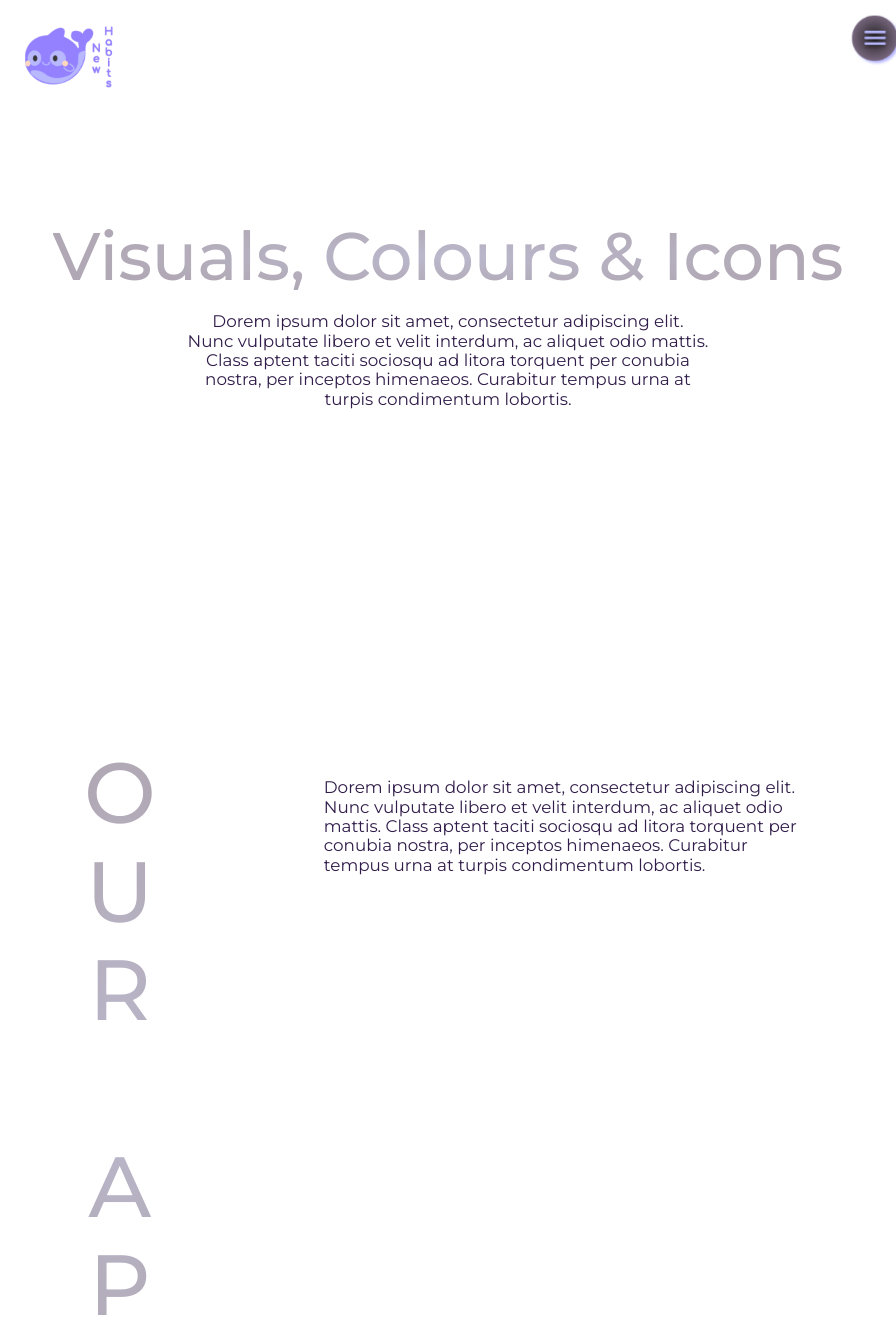
Repository: sierralaurent/Styleguide-Big_Project
Page: visuals.html
These files come from the project's save history. The page is drawn as it stood at one moment and after the next save; the edit follows.
The browser window is 1280 px wide. The pictures show the part of the page from y = 0 to 1920 px (the page is 3608 px tall), at 70% of full size.
Some web fonts or font styles are not loaded; a fallback is used.

Above is the page before, as saved 2023-03-10 12:59:41.

### visuals.html
<!DOCTYPE html>
<html lang="en">
  <head>
    <title>New Habits Web-App | Visuals </title>
    <meta property="og:title" content="Welcome to the New Habits Web-App Home Page" />
    <meta name="viewport" content="width=device-width, initial-scale=1.0" />
    <meta charset="utf-8" />
    <link rel="icon" type="image/x-icon" href="/assets/favicon.ico">

    <link
      rel="stylesheet"
      href="https://fonts.googleapis.com/css2?family=Montserrat:ital,wght@0,100;0,200;0,300;0,400;0,500;0,600;0,700;0,800;0,900;1,100;1,200;1,300;1,400;1,500;1,600;1,700;1,800;1,900&amp;display=swap"
      data-tag="font"
    />
    <link rel="stylesheet" href="./style.css" />
    <link href="./visuals.css" rel="stylesheet" />
    <link href="./navstyle.css" rel="stylesheet" />

  </head>
  <header>
    <div class="logo">
      <a href="index.html">
        <img src="assets/logo.png" alt="logo" />
      </a>
    </div>
    <div class="navigation">
      <button class="hamburger" onclick="show()">
        <img src="assets/burger.png" />
      </button>
      <nav>
        <h1 class="menutitle">Menu</h1>
        <ul>
          <li><a href="index.html">Home</a></li>
          <li><a>Logo</a></li>
          <li><a>Colours & Typo</a></li>
          <li><a href="visuals.html">Visuals</a></li>
        </ul>
      </nav>
    </div>
    <script src="nav.js"></script>
  </header>
  <body>
    <div>
      <div class="home-container">
        <div class="home-container1">
          <div class="home-container2">
            <h1 class="home-text01 Title">Visuals, Colours & Icons</h1>
            <p class="home-text02 body">
              Dorem ipsum dolor sit amet, consectetur adipiscing elit. Nunc
              vulputate libero et velit interdum, ac aliquet odio mattis. Class
              aptent taciti sociosqu ad litora torquent per conubia nostra, per
              inceptos himenaeos. Curabitur tempus urna at turpis condimentum
              lobortis.
            </p>
          </div>
        </div>
        <div class="home-container3">
          <p class="home-text03 sidetitle">
            <span>O</span>
            <br />
            <span>U</span>
            <br />
            <span>R</span>
            <br />
            <br />
            <span>A</span>
            <br />
            <span>P</span>
            <br />
            <span>P</span>
            <br />
          </p>
          <p class="home-text17 body">
            Dorem ipsum dolor sit amet, consectetur adipiscing elit. Nunc
            vulputate libero et velit interdum, ac aliquet odio mattis. Class
            aptent taciti sociosqu ad litora torquent per conubia nostra, per
            inceptos himenaeos. Curabitur tempus urna at turpis condimentum
            lobortis.
          </p>
        </div>
        <div class="home-container4">
          <div class="home-container5">
            <h2 class="home-text18 Title">Team Members</h2>
          </div>
        </div>
        <div class="home-container6">
          <div class="home-olivia">
            <p class="home-olivia-text">Olivia</p>
            <p class="home-text19">
              Rorem ipsum dolor sit amet, consectetur adipiscing elit. Nunc
              vulputate libero et velit interdum, ac aliquet odio mattis. Class
              aptent taciti sociosqu ad litora torquent per conubia nostra, per
              inceptos himenaeos. Curabitur tempus urna at turpis condimentum
              lobortis. Ut commodo efficitur neque. Ut diam quam, semper iaculis
              condimentum ac, vestibulum eu nisl.
            </p>
          </div>
          <div class="home-elijah">
            <p class="home-elijah-text">Elijah</p>
            <p class="home-text20">
              Rorem ipsum dolor sit amet, consectetur adipiscing elit. Nunc
              vulputate libero et velit interdum, ac aliquet odio mattis. Class
              aptent taciti sociosqu ad litora torquent per conubia nostra, per
              inceptos himenaeos. Curabitur tempus urna at turpis condimentum
              lobortis. Ut commodo efficitur neque. Ut diam quam, semper iaculis
              condimentum ac, vestibulum eu nisl.
            </p>
          </div>
          <div class="home-sierra">
              <p class="home-sierra-text">Sierra</p>
            <p class="home-text21">
              Rorem ipsum dolor sit amet, consectetur adipiscing elit. Nunc
              vulputate libero et velit interdum, ac aliquet odio mattis. Class
              aptent taciti sociosqu ad litora torquent per conubia nostra, per
              inceptos himenaeos. Curabitur tempus urna at turpis condimentum
              lobortis. Ut commodo efficitur neque. Ut diam quam, semper iaculis
              condimentum ac, vestibulum eu nisl.
            </p>
          </div>
        </div>
        <footer class="home-footer">
          <p class="home-text24">
            © 2023 New Habits, All Rights Reserved.
          </p>
        </footer>
      </div>
    </div>
  </body>
</html>

### style.css
:root {
  --dl-black: #212121ff;
  --dl-creme: #f9f9ffff;
  --dl-white: #f8f9f9ff;
  --dark-purple: #311D4A;

}

.body {
  font-size: 24px;
  font-family: Montserrat;
  font-weight: 400;
  line-height: 1.15;
  text-transform: none;
  text-decoration: none;
}
.sidetitle {
  font-size: 122px;
  font-family: Montserrat;
  font-weight: 500;
  line-height: 1.15;
  text-transform: none;
  text-decoration: none;
}
.Title {
  font-size: 96px;
  font-family: Montserrat;
  font-weight: 500;
  line-height: 1.15;
  text-transform: none;
  text-decoration: none;
}

html {
  line-height: 1.15;
}
body {
  margin: 0;
}
* {
  box-sizing: border-box;
  border-width: 0;
  border-style: solid;
}
p,
li,
ul,
pre,
div,
h1,
h2,
figure,
blockquote,
figcaption {
  margin: 0;
  padding: 0;
}

a {
  color: inherit;
  text-decoration: inherit;
}
input {
  padding: 2px 4px;
}
img {
  display: block;
}
html {
  scroll-behavior: smooth;
}

### visuals.css
/* Define the scrollbar style */
::-webkit-scrollbar {
    width: 10px;
  }

  ::-webkit-scrollbar-thumb {
    background-image: linear-gradient(180deg, var(--light-purple) 0%, var(--main-purple) 99%);
    box-shadow: inset 2px 2px 5px 0 var(--creme);
    border-radius: 100px;
  }

  html {
    font-family: Montserrat;
    font-size: 24px;
    scroll-behavior: smooth;
  }

  body {
    font-weight: 400;
    font-style: normal;
    text-decoration: none;
    text-transform: none;
    letter-spacing: normal;
    line-height: 1.15;
    color: var(--black);
    background-color: var(--creme);
  }

  .home-container {
    width: 100%;
    display: flex;
    overflow: auto;
    min-height: 100vh;
    align-items: center;
    flex-direction: column;
  }
  .home-container1 {
    flex: 0 0 auto;
    width: auto;
    height: auto;
    display: flex;
    align-items: flex-start;
    justify-content: center;
  }
  .home-container2 {
    flex: 0 0 auto;
    width: auto;
    display: flex;
    align-self: center;
    margin-top: 5rem;
    align-items: center;
    margin-bottom: 15rem;
    flex-direction: column;
    justify-content: center;
  }
  .home-text {
    font-size: 36px;
    text-align: center;
    font-family: Montserrat;
    background: linear-gradient(0deg, rgba(0, 0, 0, 0.2), rgba(0, 0, 0, 0.2)),
      radial-gradient(
        50% 50% at 50% 50%,
        rgba(147, 129, 255, 0.2) 0%,
        rgba(79, 26, 98, 0.2) 94.12%
      );
    -webkit-background-clip: text;
    -webkit-text-fill-color: transparent;
    background-clip: text;
    text-fill-color: transparent;
  }
  .home-text01 {
    margin-top: 1rem;
    text-align: center;
    margin-bottom: 1rem;
    background: linear-gradient(0deg, rgba(0, 0, 0, 0.2), rgba(0, 0, 0, 0.2)),
      radial-gradient(
        50% 50% at 50% 50%,
        rgba(147, 129, 255, 0.2) 0%,
        rgba(79, 26, 98, 0.2) 94.12%
      );
    -webkit-background-clip: text;
    -webkit-text-fill-color: transparent;
    background-clip: text;
    text-fill-color: transparent;
  }
  .home-text02 {
    width: 31rem;
    text-align: center;
    color: var(--dark-purple);
  }
  .home-container3 {
    flex: 0 0 auto;
    width: 100%;
    height: auto;
    display: flex;
    align-items: flex-start;
    justify-content: center;
  }
  .home-text03 {
    width: 25rem;
    text-align: center;
    background: linear-gradient(0deg, rgba(0, 0, 0, 0.2), rgba(0, 0, 0, 0.2)),
      radial-gradient(
        50% 50% at 50% 50%,
        rgba(147, 129, 255, 0.2) 0%,
        rgba(79, 26, 98, 0.2) 94.12%
      );
    -webkit-background-clip: text;
    -webkit-text-fill-color: transparent;
    background-clip: text;
    text-fill-color: transparent;
  }
  .home-text17 {
    width: auto;
    margin-top: 5rem;
    text-align: left;
    margin-left: 5rem;
    margin-right: 5rem;
    margin-bottom: 5rem;
    color: var(--dark-purple);
  }
  .home-container4 {
    flex: 0 0 auto;
    width: auto;
    height: auto;
    display: flex;
    align-items: flex-start;
    justify-content: center;
  }
  .home-container5 {
    flex: 0 0 auto;
    display: flex;
    align-items: flex-start;
    flex-direction: column;
  }
  .home-text18 {
    width: auto;
    margin-top: 15rem;
    text-align: center;
    margin-bottom: 5rem;
    background: linear-gradient(0deg, rgba(0, 0, 0, 0.2), rgba(0, 0, 0, 0.2)),
      radial-gradient(
        50% 50% at 50% 50%,
        rgba(147, 129, 255, 0.2) 0%,
        rgba(79, 26, 98, 0.2) 94.12%
      );
    -webkit-background-clip: text;
    -webkit-text-fill-color: transparent;
    background-clip: text;
    text-fill-color: transparent;
  }
  .home-container6 {
    flex: 0 0 auto;
    width: auto;
    height: auto;
    display: flex;
    align-items: flex-start;
    margin-bottom: 15rem;
    justify-content: center;
  }
  .home-olivia {
    flex: 0 0 auto;
    display: flex;
    align-items: center;
    flex-direction: column;
  }
  .home-olivia-text {
    width: 25rem;
    font-size: 96px;
    text-align: center;
    font-family: Montserrat;
    font-weight: 500;
    line-height: 1.15;
    margin-bottom: 2rem;
    text-transform: none;
    text-decoration: none;
    background: linear-gradient(0deg, rgba(0, 0, 0, 0.2), rgba(0, 0, 0, 0.2)),
      radial-gradient(
        50% 50% at 50% 50%,
        rgba(147, 129, 255, 0.2) 0%,
        rgba(79, 26, 98, 0.2) 94.12%
      );
    -webkit-background-clip: text;
    -webkit-text-fill-color: transparent;
    background-clip: text;
    text-fill-color: transparent;
  }
  .home-text19 {
    width: 15rem;
    align-self: center;
    text-align: center;
    color: var(--dark-purple);
  }
  .home-elijah {
    flex: 0 0 auto;
    display: flex;
    align-items: center;
    flex-direction: column;
  }
  .home-elijah-text {
    width: 25rem;
    font-size: 96px;
    text-align: center;
    font-family: Montserrat;
    font-weight: 500;
    line-height: 1.15;
    margin-bottom: 2rem;
    text-transform: none;
    text-decoration: none;
    background: linear-gradient(0deg, rgba(0, 0, 0, 0.2), rgba(0, 0, 0, 0.2)),
      radial-gradient(
        50% 50% at 50% 50%,
        rgba(147, 129, 255, 0.2) 0%,
        rgba(79, 26, 98, 0.2) 94.12%
      );
    -webkit-background-clip: text;
    -webkit-text-fill-color: transparent;
    background-clip: text;
    text-fill-color: transparent;
  }
  .home-text20 {
    width: 15rem;
    align-self: center;
    text-align: center;
    color: var(--dark-purple);
  }
  .home-sierra {
    flex: 0 0 auto;
    display: flex;
    align-items: center;
    flex-direction: column;
  }
  .home-sierra-text {
    width: 25rem;
    font-size: 96px;
    text-align: center;
    font-family: Montserrat;
    font-weight: 500;
    line-height: 1.15;
    margin-bottom: 2rem;
    text-transform: none;
    text-decoration: none;
    background: linear-gradient(0deg, rgba(0, 0, 0, 0.2), rgba(0, 0, 0, 0.2)),
      radial-gradient(
        50% 50% at 50% 50%,
        rgba(147, 129, 255, 0.2) 0%,
        rgba(79, 26, 98, 0.2) 94.12%
      );
    -webkit-background-clip: text;
    -webkit-text-fill-color: transparent;
    background-clip: text;
    text-fill-color: transparent;
  }
  .home-text21 {
    width: 15rem;
    align-self: center;
    text-align: center;
    color: var(--dark-purple);
  }
  .home-text23 {
    width: 15rem;
    align-self: center;
    text-align: center;
  }
  .home-footer {
    width: 100%;
    height: 197px;
    display: flex;
    max-width: auto;
    align-self: center;
    align-items: center;
    padding-top: 32px;
    padding-left: 48px;
    padding-right: 48px;
    padding-bottom: 32px;
    justify-content: center;
  }
  .home-text24 {
    text-align: center;
    color: var(--dark-purple);

  }
  @media (max-width: 1600px) {
    .home-container1 {
      width: 100%;
    }
    .home-container2 {
      align-items: center;
      justify-content: center;
    }
    .home-text01 {
      margin-top: 1rem;
      margin-bottom: 1rem;
    }
    .home-container3 {
      width: 100%;
    }
    .home-text03 {
      width: auto;
      margin: 3rem;
      padding: 2rem;
    }
    .home-text17 {
      width: 40rem;
      margin-top: 7rem;
      text-align: left;
      margin-right: 5rem;
    }
    .home-container4 {
      width: auto;
      justify-content: center;
    }
    .home-container5 {
      width: auto;
      height: auto;
      align-items: center;
      justify-content: center;
    }
    .home-text18 {
      width: auto;
      height: auto;
      margin-top: 5rem;
      text-align: center;
      margin-bottom: 5rem;
    }
    .home-container6 {
      width: 100%;
      margin-bottom: 15rem;
    }
    .home-olivia {
      width: 20rem;
      height: auto;
      align-items: center;
      justify-content: center;
    }
    .home-olivia-text {
      width: auto;
      font-size: 46px;
      font-family: Montserrat;
      font-weight: 500;
      line-height: 1.15;
      margin-bottom: 2rem;
      text-transform: none;
      text-decoration: none;
    }
    .home-text19 {
      width: 15rem;
      text-transform: none;
    }
    .home-elijah {
      width: 20rem;
      height: auto;
      align-items: center;
      justify-content: center;
    }
    .home-elijah-text {
      width: auto;
      font-size: 46px;
      font-family: Montserrat;
      font-weight: 500;
      line-height: 1.15;
      margin-bottom: 2rem;
      text-transform: none;
      text-decoration: none;
    }
    .home-text20 {
      width: 15rem;
      text-transform: none;
    }
    .home-sierra {
      width: 20rem;
      height: auto;
      align-items: center;
      justify-content: center;
    }
    .home-sierra-text {
      width: auto;
      font-size: 46px;
      font-family: Montserrat;
      font-weight: 500;
      line-height: 1.15;
      margin-bottom: 2rem;
      text-transform: none;
      text-decoration: none;
    }
    .home-text21 {
      margin-bottom: 2rem;
    }
    .home-text23 {
      width: 15rem;
      text-transform: none;
      color: var(--dark-purple);
    }
  }
  @media (max-width: 1200px) {
    .home-text01 {
      margin-top: 1rem;
      margin-bottom: 1rem;
    }
    .home-container6 {
      align-items: center;
    }
    .home-olivia {
      width: 15rem;
      margin-left: 1rem;
      margin-right: 1rem;
    }
    .home-olivia-text {
      width: auto;
    }
    .home-text19 {
      width: 12rem;
    }
    .home-elijah {
      width: 15rem;
      margin-left: 1rem;
      margin-right: 1rem;
    }
    .home-elijah-text {
      width: auto;
    }
    .home-text20 {
      width: 12rem;
    }
    .home-sierra {
      width: 15rem;
      margin-left: 1rem;
    }
    .home-sierra-text {
      width: auto;
    }
    .home-text23 {
      width: 12rem;
    }
  }
  @media (max-width: 991px) {
    .home-container2 {
      width: 100%;
      height: 307px;
    }
    .home-text01 {
      margin-top: 1rem;
      margin-bottom: 1rem;
    }
    .home-container6 {
      align-items: center;
      flex-direction: column;
    }
    .home-olivia {
      width: 20rem;
      margin-bottom: 3rem;
    }
    .home-olivia-text {
      width: auto;
    }
    .home-text19 {
      width: auto;
    }
    .home-elijah {
      width: 20rem;
      margin-bottom: 3rem;
    }
    .home-elijah-text {
      width: auto;
    }
    .home-text20 {
      width: auto;
    }
    .home-sierra {
      width: 20rem;
    }
    .home-sierra-text {
      width: auto;
    }
    .home-text23 {
      width: 100%;
    }
  }
  @media (max-width: 767px) {
    .home-text01 {
      margin-top: 1rem;
      margin-bottom: 1rem;
    }
    .home-footer {
      padding-left: 32px;
      padding-right: 32px;
    }
    .home-text24 {
      text-align: center;
      margin-left: 16px;
      margin-right: 16px;
    }
  }
  @media (max-width: 479px) {
    .home-text01 {
      margin-top: 1rem;
      margin-bottom: 1rem;
    }
    .home-text02 {
      width: 479px;
    }
    .home-text03 {
      margin-top: 0rem;
      margin-left: 3rem;
      margin-right: 0rem;
      margin-bottom: 0rem;
    }
    .home-footer {
      padding: 16px;
      flex-direction: column;
    }
    .home-text24 {
      margin-left: 0px;
      margin-right: 0px;
      margin-bottom: 16px;
    }
  }

### navstyle.css
@import url("https://fonts.cdnfonts.com/css/montserrat");

* {
  margin: 0;
  padding: 0;
  font-family: "Montserrat", sans-serif;
}

a,
button {
  cursor: pointer;
}

nav {
  position: absolute;
  top: 30px;
  right: 30px;
  width: 250px;
}

.navigation {
  position: fixed;
  top: 0;
  right: -500px;
  width: 312px;
  height: 100%;
  background-image: url("assets/background.png");
  background-size: cover;
  transition: 0.5s;
  border-radius: 27px 0 0 27px;
}

.logo {
    margin: 1.5rem;
}

.menutitle {
  font-family: "Montserrat", sans-serif;
  font-style: normal;
  font-weight: 400;
  font-size: 24px;
  display: flex;
  align-items: left;
  color: rgba(255, 255, 255, 0.32);
  margin: 1rem;
}

.navigation ul li {
  display: flex;
  color: rgba(255, 255, 255, 0.5);
  line-height: 20px;
  text-align: left;
  font-weight: 500;
  list-style-type: none;
  font-size: 14px;
  padding: 20px 30px;
  border-bottom: 0px 64px 64px -32px rgba(41, 15, 0, 0.56);
  transition: all 0.3s ease;
}

.navigation ul li:hover {
  padding: 16px 20px;
  background-image: url("assets/hover.png");
  background-size: cover;
  border-radius: 12px;
}

.hamburger,
.bar {
  position: fixed;
}

.hamburger {
  display: block;
  top: 5%;
  left: 95%;
  width: 30px;
  height: 30px;
  transform: translateY(-50%);
  border: 0;
  background: 0 0;
}

.hamburger.hidden {
  display: none; /* Hide the menu button */
}

.navigation.active {
  right: 0;
  z-index: 1;
}

### nav.js
const hamburger = document.querySelector('.hamburger');
const navigation = document.querySelector('.navigation');

document.addEventListener('click', function(event) {
  const isClickInside = navigation.contains(event.target) || hamburger.contains(event.target);
  if (!isClickInside) {
    navigation.classList.remove('active');
    hamburger.classList.remove('hidden');
  }
});

hamburger.addEventListener('click', function() {
  navigation.classList.add('active');
  hamburger.classList.add('hidden');
});

After the next save:
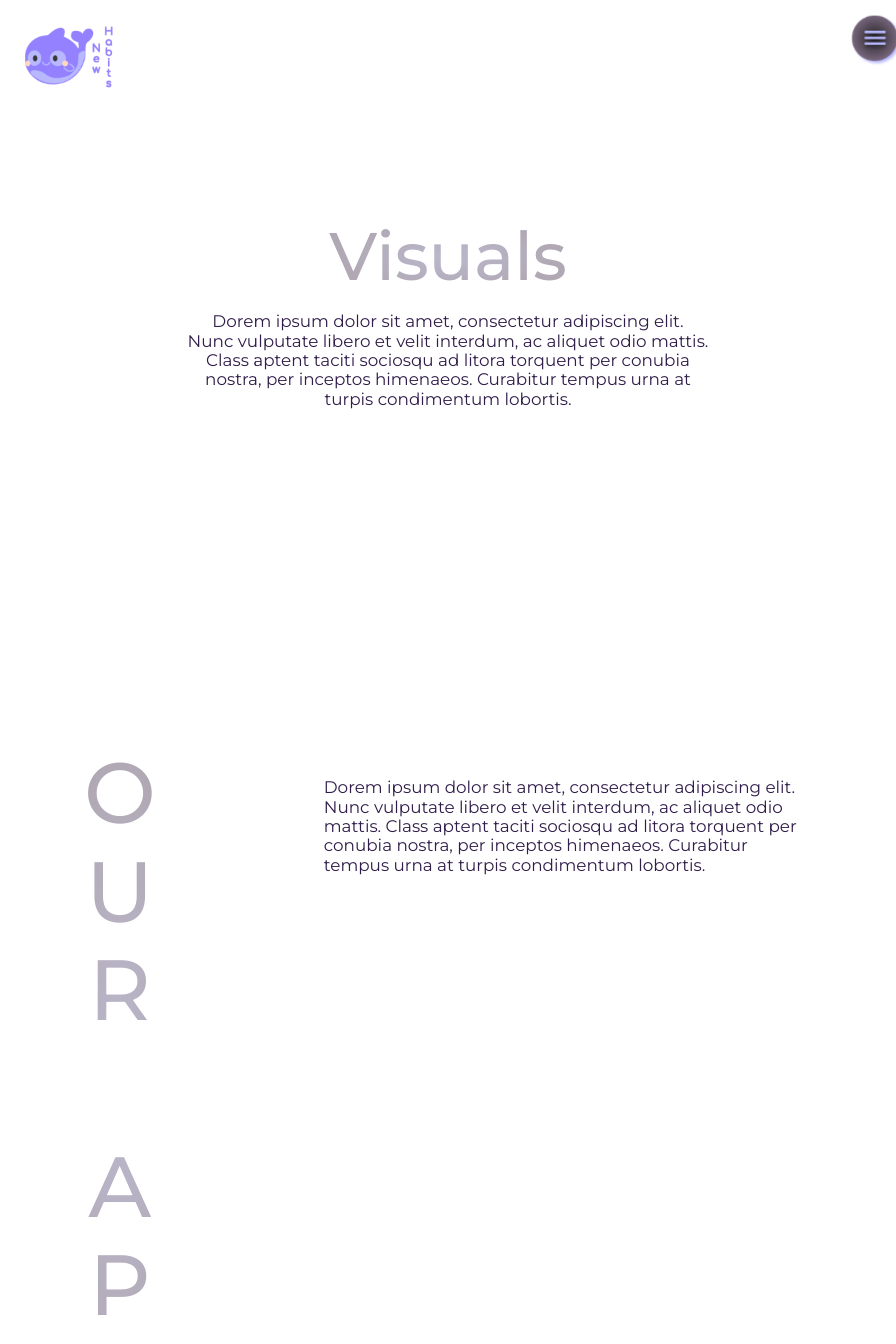
Saved 51 s later.
--- a/visuals.html
+++ b/visuals.html
@@ -44,7 +44,7 @@
       <div class="home-container">
         <div class="home-container1">
           <div class="home-container2">
-            <h1 class="home-text01 Title">Visuals, Colours & Icons</h1>
+            <h1 class="home-text01 Title">Visuals</h1>
             <p class="home-text02 body">
               Dorem ipsum dolor sit amet, consectetur adipiscing elit. Nunc
               vulputate libero et velit interdum, ac aliquet odio mattis. Class
